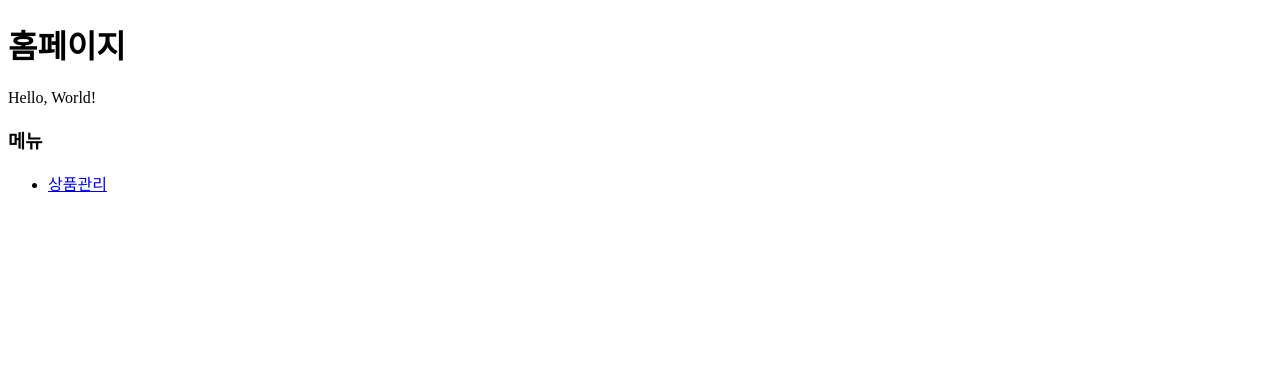
Repository: benpark0613/basic
Page: http://localhost/sample/pr-home.jsp
The author's editor kept a copy of each file at every save. The page is drawn from the files as they stood at one save, then again after the next save.
The browser window is 1280 px wide. The pictures show the whole page.
The page is served by Tomcat 9. Other server files are loaded and not shown.

Above is the page before, as saved 2021-11-12 11:20:14.

### HR_app/sample/src/main/webapp/pr-home.jsp
<%@ page language="java" contentType="text/html; charset=UTF-8"
    pageEncoding="UTF-8"%>
<!DOCTYPE html>
<html>
<head>
<meta charset="UTF-8">
<title>홈</title>
</head>
<body>
	<h1>홈페이지</h1>
	<p>Hello, World!</p>

	<h3>메뉴</h3>
	<ul>
		<li><a href="product/list.jsp">상품관리</a></li>
	</ul>
</body>
</html>

After the next save:
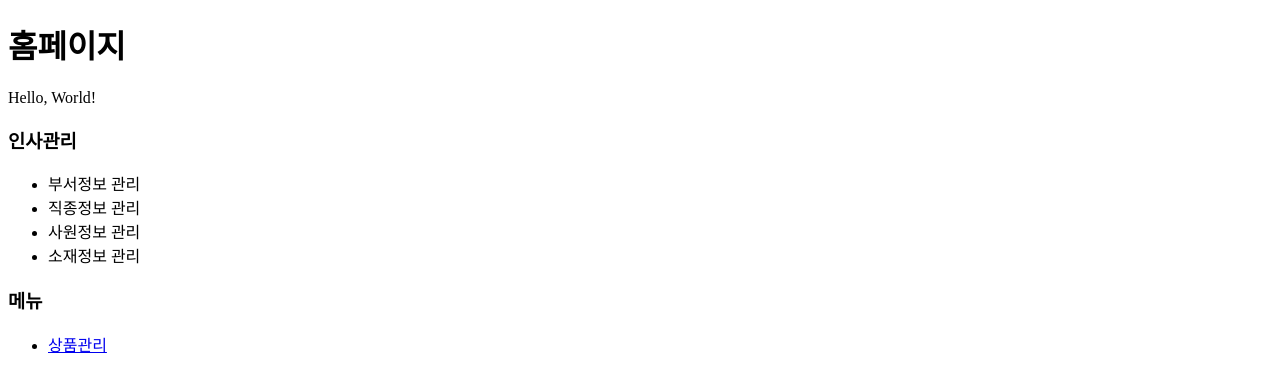
Saved 28 min 45 s later.
--- a/HR_app/sample/src/main/webapp/pr-home.jsp
+++ b/HR_app/sample/src/main/webapp/pr-home.jsp
@@ -10,6 +10,14 @@
 	<h1>홈페이지</h1>
 	<p>Hello, World!</p>
 
+	<h3>인사관리</h3>
+	<ul>
+		<li>부서정보 관리</li>
+		<li>직종정보 관리</li>
+		<li>사원정보 관리</li>
+		<li>소재정보 관리</li>
+	</ul>
+
 	<h3>메뉴</h3>
 	<ul>
 		<li><a href="product/list.jsp">상품관리</a></li>
